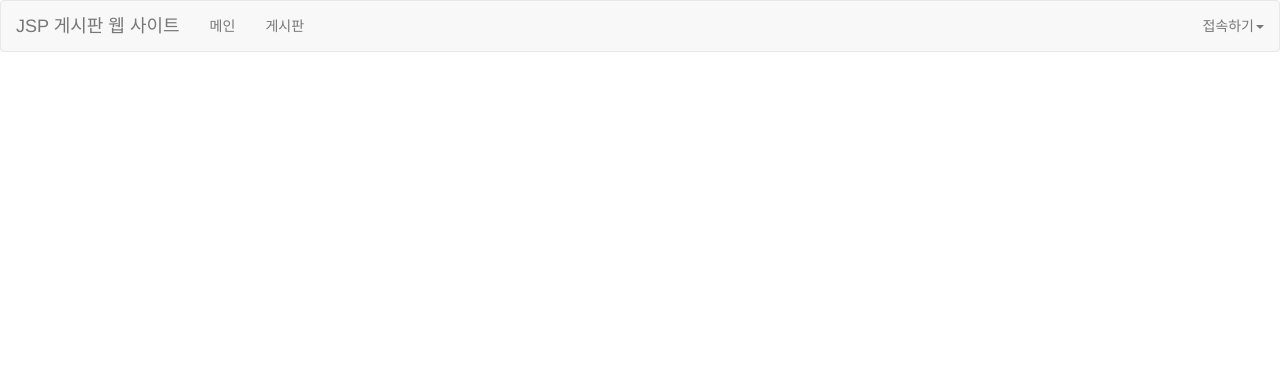
Repository: filola/web_project
Page: http://localhost/BBS/login.jsp
An editor plug-in stored every save of this project. The page is shown before and after the next save, followed by the edit.
The browser window is 1280 px wide. The pictures show the whole page.
Some web libraries are served in a nearby version. The page is served by Tomcat 9.

Above is the page before, as saved 2019-12-06 15:39:39.

After the next save:
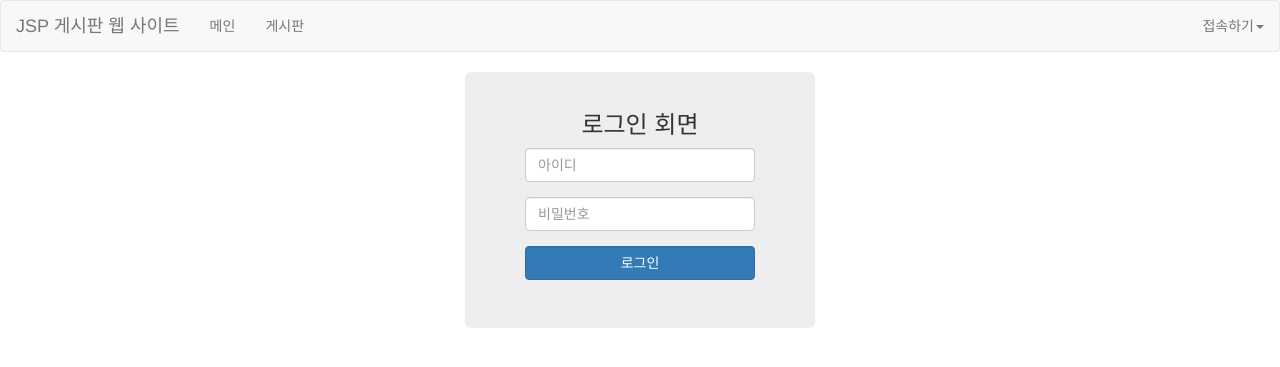
Saved 55 min 26 s later.
--- a/projects/BBS/WebContent/login.jsp
+++ b/projects/BBS/WebContent/login.jsp
@@ -38,6 +38,23 @@
 			</ul>
 		</div>
 	</nav>
+	<div class="container">
+		<div class="col-lg-4"></div>
+		<div class="col-lg-4">
+			<div class="jumbotron" style="padding-top: 20px;">
+				<form method="post" action="LoginAction.jsp">
+					<h3 style="text-align: center;">로그인 회면</h3>
+					<div class="form-group">
+						<input type="text" class="form-control" placeholder="아이디" name="nuserID" maxlength="20">
+					</div>
+					<div class="form-group">
+						<input type="password" class="form-control" placeholder="비밀번호" name="nuserPassword" maxlength="20">
+					</div>
+					<input type="submit" class="btn btn-primary form-control" value="로그인">
+				</form>
+		</div>
+		<div class="col-lg-4"></div>
+	</div>
 	<script src="https://ajax.aspnetcdn.com/ajax/jQuery/jquery-3.3.1.min.js"></script>
 	<script src="https://maxcdn.bootstrapcdn.com/bootstrap/3.3.7/js/bootstrap.min.js"></script>
 	<script src="https://ajax.googleapis.com/ajax/libs/jquery/3.2.1/jquery.min.js"></script>
